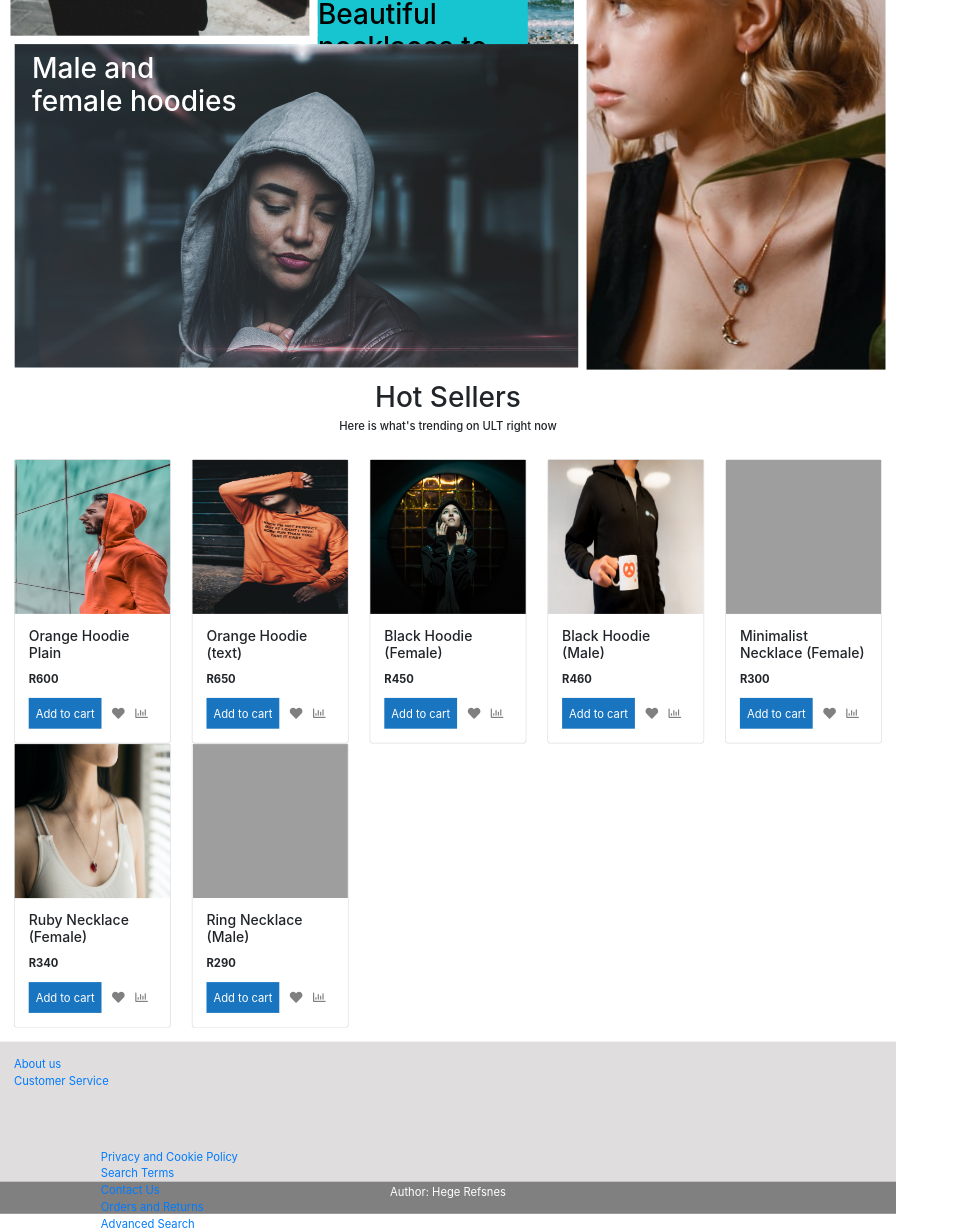
Repository: Ajtheult/Luma-Challenge-Site
Page: /
The author's editor kept a copy of each file at every save. The page is drawn from the files as they stood at one save, then again after a run of saves.
The browser window is 1280 px wide. The page is 1384 px wide, so the pictures cover 1384 px, including what lies to the right of the window. The pictures show the part of the page from y = 1420 to 3180 px (the page is 3180 px tall before and 3154 px after), at 70% of full size.
Pictures or frames that could not be fetched are drawn as grey boxes. The project was rebuilt for these pictures with package versions that can differ from the ones it lists, and the page was loaded fresh each time.

Above is the page before, as saved 2020-09-01 10:53:08.

### public/index.html
<!DOCTYPE html>
<html lang="en">
  <head>
    <meta charset="utf-8" />
    <link rel="icon" href="%PUBLIC_URL%/favicon.ico" />
    <meta name="viewport" content="width=device-width, initial-scale=1" />
    <meta name="theme-color" content="#000000" />
    <meta
      name="description"
      content="Web site created using create-react-app"
    />

    <link rel="manifest" href="%PUBLIC_URL%/manifest.json" />
    <!-- Font Awesome -->
    <link
      rel="stylesheet"
      href="https://use.fontawesome.com/releases/v5.7.2/css/all.css"
      integrity="sha384-fnmOCqbTlWIlj8LyTjo7mOUStjsKC4pOpQbqyi7RrhN7udi9RwhKkMHpvLbHG9Sr"
      crossorigin="anonymous"
    />
    <!-- Font Awesome -->
    <title>E-complete</title>
  </head>
  <body>
    <noscript>You need to enable JavaScript to run this app.</noscript>
    <div id="root"></div>
  </body>
</html>

### src/App.js
import React from "react";

// Imported modules
import { BrowserRouter as Router, Switch, Route } from "react-router-dom";
// Imported modules

// Imported pages
import Home from "./components/layout/pages/home/Home";
// Imported pages

// Global css
import "./App.css";
// Global css

function App() {
  return (
    <Router>
      <div className="App">
        <Switch>
          <Route exact path="/" component={Home} />
        </Switch>
      </div>
    </Router>
  );
}

export default App;

### src/components/layout/pages/home/Home.js
import React from "react";
import Navbar from "../../nav/Navbar";
import Container from "react-bootstrap/Container";
import Row from "react-bootstrap/Row";
import Col from "react-bootstrap/Col";
import Carousel from "react-bootstrap/Carousel";
// Images
import yoga from "../../resources/yoga.jpg";
import yogatwo from "../../resources/yoga-two.jpg";
import yogathree from "../../resources/yoga-three.jpg";

import SecondHome from "./SecondHome";
import HomeFooter from "./HomeFooter";

import "./Home.css";

const Home = () => {
  return (
    <div>
      <Navbar />
      <Container fluid>
        <Row>
          <Col>
            {/* Carousel */}
            <Carousel>
              <Carousel.Item>
                <img
                  className="d-block w-100 top_size"
                  src={yoga}
                  alt="First slide"
                />
                <Carousel.Caption>
                  <h3>New ULT yoga collection</h3>
                  <p>Clothing that is perfect for zen sessions</p>
                </Carousel.Caption>
              </Carousel.Item>
              <Carousel.Item>
                <img
                  className="d-block w-100 top_size"
                  src={yogatwo}
                  alt="Third slide"
                />

                <Carousel.Caption>
                  <h3>New ULT yoga collection</h3>
                  <p>Beautiful bracelets to fit the look</p>
                </Carousel.Caption>
              </Carousel.Item>
              <Carousel.Item>
                <img
                  className="d-block w-100 top_size"
                  src={yogathree}
                  alt="Third slide"
                />

                <Carousel.Caption>
                  <h3>New ULT yoga collection</h3>
                  <p>Be happy...like her...don't you wanna be happy?</p>
                </Carousel.Caption>
              </Carousel.Item>
            </Carousel>
          </Col>
        </Row>
        {/* Block frame */}
        <Row>
          <Col>
            <div class="container bg-no-overlay">
              <div class="row left">
                <h1>
                  20% OFF <br /> ULT hoodies when you shop today*
                </h1>
              </div>
            </div>
          </Col>
          <Col>
            <div class="container bg-no-overlay-two">
              <div class="row top">
                <h1>
                  30% OFF <br />
                  Get them fresh kicks
                </h1>
              </div>
            </div>
          </Col>
        </Row>
        <Row>
          <Col>
            <div class="container bg-no-overlay-three">
              <div class="row middle">
                <h1>
                  10% OFF <br /> Beautiful necklaces to flex
                </h1>
              </div>
            </div>
          </Col>
          <Col>
            <div class="container bg-no-overlay-four">
              <div class="row right">
                <h1>Many different styles of necklaces</h1>
              </div>
            </div>

            <div class="container bg-no-overlay-five">
              <div class="row bottom">
                <h1>Male and female hoodies</h1>
              </div>
            </div>
          </Col>
        </Row>
      </Container>
      <SecondHome />
      <HomeFooter />
    </div>
  );
};

export default Home;

### src/components/layout/nav/Navbar.js
import React from "react";
import Nav from "react-bootstrap/Nav";

import Form from "react-bootstrap/Form";

import "./Navbar.css";

const Navbar = () => {
  return (
    <div>
      <Nav className="justify-content-left" activeKey="/home">
        <Nav.Link href="/home">
          <img
            src="https://images.unsplash.com/photo-1462899006636-339e08d1844e?ixlib=rb-1.2.1&ixid=eyJhcHBfaWQiOjEyMDd9&auto=format&fit=crop&w=1050&q=80"
            alt="logo"
            className="logo"
          />
        </Nav.Link>
        <h6 className="logo-text">ULT</h6>
        <Nav.Link className="search_bar">
          {" "}
          <Form>
            <Form.Row>
              <Form.Group>
                <Form.Control
                  className="search_bar"
                  type="search"
                  placeholder="Search engine store here... "
                />
              </Form.Group>
            </Form.Row>
          </Form>
        </Nav.Link>
        <Nav.Link></Nav.Link>
        <i class="fas fa-shopping-cart icon"></i>
      </Nav>
      <Nav className="justify-content-left bottom_nav" activeKey="/home">
        <Nav.Item>
          <Nav.Link href="#" className="colour_of_nav_text">
            What's New
          </Nav.Link>
        </Nav.Item>
        <Nav.Item>
          <Nav.Link href="#" className="colour_of_nav_text">
            Women
          </Nav.Link>
        </Nav.Item>
        <Nav.Item>
          <Nav.Link href="#" className="colour_of_nav_text">
            Men
          </Nav.Link>
        </Nav.Item>
        <Nav.Item>
          <Nav.Link href="#" className="colour_of_nav_text">
            Gear
          </Nav.Link>
        </Nav.Item>
        <Nav.Item>
          <Nav.Link href="#" className="colour_of_nav_text">
            Training
          </Nav.Link>
        </Nav.Item>
        <Nav.Item>
          <Nav.Link href="#" className="colour_of_nav_text">
            Sale
          </Nav.Link>
        </Nav.Item>
      </Nav>
    </div>
  );
};

export default Navbar;

### src/components/layout/pages/home/SecondHome.js
import React from "react";
import "./SecondHome.css";

import Row from "react-bootstrap/Row";
import Col from "react-bootstrap/Col";
import Card from "react-bootstrap/Card";
// images
import one from "../../resources/SecondHome/one.jpg";
import two from "../../resources/SecondHome/two.jpg";
import three from "../../resources/SecondHome/three.jpg";
import four from "../../resources/SecondHome/four.jpg";
import five from "../../resources/SecondHome/five.jpg";
import six from "../../resources/SecondHome/six.jpg";
import seven from "../../resources/SecondHome/seven.jpg";

const SecondHome = () => {
  return (
    <div>
      <div>
        <h1 className="heading">Hot Sellers</h1>
        <h6>Here is what's trending on ULT right now</h6>
      </div>
      <div className="cards">
        <Row>
          {/* 1 */}
          <Col>
            <Card style={{ width: "14rem" }}>
              <img
                variant="top"
                src={one}
                className="image-heights"
                alt="one"
              />

              <Card.Body>
                <Card.Title>Orange Hoodie Plain</Card.Title>
                <Card.Text>R600</Card.Text>
                <button className="buttons">Add to cart</button>
                <i class="fas fa-heart heart-icon-card"></i>
                <i class="far fa-chart-bar heart-icon-card"></i>
              </Card.Body>
            </Card>
          </Col>
          {/* 2 */}
          <Col>
            <Card style={{ width: "14rem" }}>
              <img
                variant="top"
                src={two}
                className="image-heights"
                alt="two"
              />
              <Card.Body>
                <Card.Title>Orange Hoodie (text)</Card.Title>
                <Card.Text>R650</Card.Text>
                <button className="buttons">Add to cart</button>
                <i class="fas fa-heart heart-icon-card"></i>
                <i class="far fa-chart-bar heart-icon-card"></i>
              </Card.Body>
            </Card>
          </Col>
          {/* 3 */}
          <Col>
            <Card style={{ width: "14rem" }}>
              <img
                variant="top"
                src={three}
                className="image-heights"
                alt="three"
              />
              <Card.Body>
                <Card.Title>Black Hoodie (Female)</Card.Title>
                <Card.Text>R450</Card.Text>
                <button className="buttons">Add to cart</button>
                <i class="fas fa-heart heart-icon-card"></i>
                <i class="far fa-chart-bar heart-icon-card"></i>
              </Card.Body>
            </Card>
          </Col>
          {/* 4 */}
          <Col>
            <Card style={{ width: "14rem" }}>
              <img
                variant="top"
                src={four}
                className="image-heights"
                alt="four"
              />
              <Card.Body>
                <Card.Title>Black Hoodie (Male)</Card.Title>
                <Card.Text>R460</Card.Text>
                <button className="buttons">Add to cart</button>
                <i class="fas fa-heart heart-icon-card"></i>
                <i class="far fa-chart-bar heart-icon-card"></i>
              </Card.Body>
            </Card>
          </Col>
          {/* 5 */}
          <Col>
            <Card style={{ width: "14rem" }}>
              <img
                variant="top"
                src={five}
                className="image-heights"
                alt="five"
              />
              <Card.Body>
                <Card.Title>Minimalist Necklace (Female)</Card.Title>
                <Card.Text>R300</Card.Text>
                <button className="buttons">Add to cart</button>
                <i class="fas fa-heart heart-icon-card"></i>
                <i class="far fa-chart-bar heart-icon-card"></i>
              </Card.Body>
            </Card>
          </Col>
          {/* 6 */}
          <Col>
            <Card style={{ width: "14rem" }}>
              <img
                variant="top"
                src={six}
                className="image-heights"
                alt="six"
              />
              <Card.Body>
                <Card.Title>Ruby Necklace (Female)</Card.Title>
                <Card.Text>R340</Card.Text>
                <button className="buttons">Add to cart</button>
                <i class="fas fa-heart heart-icon-card"></i>
                <i class="far fa-chart-bar heart-icon-card"></i>
              </Card.Body>
            </Card>
          </Col>
          {/* 7 */}
          <Col>
            <Card style={{ width: "14rem" }}>
              <img
                variant="top"
                src={seven}
                className="image-heights"
                alt="seven"
              />
              <Card.Body>
                <Card.Title>Ring Necklace (Male)</Card.Title>
                <Card.Text>R290</Card.Text>
                <button className="buttons">Add to cart</button>
                <i class="fas fa-heart heart-icon-card"></i>
                <i class="far fa-chart-bar heart-icon-card"></i>
              </Card.Body>
            </Card>
          </Col>
          <Col></Col>
          <Col></Col>
          <Col></Col>
        </Row>
      </div>
    </div>
  );
};

export default SecondHome;

### src/components/layout/pages/home/HomeFooter.js
import React from "react";
import "./HomeFooter.css";

const HomeFooter = () => {
  return (
    <div>
      <div className="footer">
        <div className="div-one">
          <a href="#home">About us</a> <br />
          <a href="#home">Customer Service</a>
        </div>
        <br />
        <div className="div-two">
          <a href="#home">Privacy and Cookie Policy</a> <br />
          <a href="#home">Search Terms</a> <br />
          <a href="#home">Contact Us</a> <br />
          <a href="#home">Orders and Returns</a> <br />
          <a href="#home">Advanced Search</a>
        </div>
      </div>
      <div className="footer-two">
        <p>
          Author: Hege Refsnes
          <br />
        </p>
      </div>
    </div>
  );
};

export default HomeFooter;

### src/components/layout/pages/home/Home.css
.top_size {
  width: 100%;
  height: 500px;
  margin-top: 1%;
}

.bg-no-overlay {
  /* Left */
  background: url("../../resources/hoodie.jpg");
  background-repeat: no-repeat;
  background-size: cover;
  background-position: center center;
  color: #fff;
  float: left;
  width: 70%;
  height: 850px;
  margin-top: 2%;
}

.bg-no-overlay-two {
  /* top */
  background: url("../../resources/shoe.jpg");
  background-repeat: no-repeat;
  background-size: cover;
  background-position: center center;
  color: #fff;
  width: 132%;
  height: 450px;
  margin-top: 2%;
  float: right;
}

.bg-no-overlay-three {
  /* middle */
  background: url("../../resources/beach.jpg");
  background-repeat: no-repeat;
  background-size: cover;
  background-position: center center;
  color: #fff;
  width: 60%;
  height: 388px;
  margin-top: -53%;
  margin-right: -32%;
  float: right;
}

.bg-no-overlay-four {
  /* right */
  background: url("../../resources/garden.jpg");
  background-repeat: no-repeat;
  background-size: cover;
  background-position: center center;
  color: #fff;
  width: 70%;
  height: 800px;
  margin-top: -53%;
  margin-left: 20%;
  float: right;
}

.bg-no-overlay-five {
  /* bottom */
  background: url("../../resources/forest.jpg");
  background-repeat: no-repeat;
  background-size: cover;
  background-position: center center;
  color: #fff;
  width: 132%;
  height: 97%;
  margin-top: 2%;
  margin-left: -104%;
}

.left {
  text-align: left;
  margin-top: 590px;
  width: 410px;
  color: black;
  background-color: grey;
}

.top {
  float: right;
  text-align: right;
  color: black;
  margin-top: 70px;
}

.middle {
  text-align: left;
  float: left;
  background-color: rgb(23, 197, 209);
  color: black;
  width: 300px;
  margin-top: 220px;
}

.right {
  text-align: left;
  float: right;
  color: black;
  width: 335px;
  margin-top: 10px;
}

.bottom {
  text-align: left;
  float: left;
  color: white;
  width: 303px;
  margin-left: 10px;
  margin-top: 10px;
}

.carousel-caption {
  background-color: rgba(129, 41, 41, 0.493);
  width: 70%;
}

### src/components/layout/nav/Navbar.css
.bottom_nav {
  background-color: rgb(233, 224, 224);
  margin-top: -10px;
}

.colour_of_nav_text {
  color: black;
  font-size: 80%;
}

.logo {
  width: 50px;
  height: 50px;
  border-radius: 50%;
}

.logo-text {
  margin-top: 13px;
  font-size: 30px;
}

.search_bar {
  margin-left: auto;
  margin-top: 5px;
  font-size: 10px;
}

.icon {
  margin-top: 25px;
  margin-right: 20px;
  color: grey;
}

### src/components/layout/pages/home/SecondHome.css
.heading {
  margin-top: 15px;
}

.cards {
  width: 100%;
  padding: 20px;
  padding-top: 30px;
}

.second-row {
  margin-top: 10px;
  margin: 10px;
  padding-left: 50px;
}

.image-heights {
  height: 220px;
}

.card-body {
  text-align: left;
}

.card-text {
  font-weight: bold;
}

.buttons {
  padding: 10px;
  background-color: rgb(26, 117, 192);
  border: none;
  color: white;
}

.heart-icon-card {
  margin-left: 15px;
  font-size: 18px;
  color: grey;
}

### src/components/layout/pages/home/HomeFooter.css
.footer {
  text-align: left;
  padding: 20px;
  background-color: rgb(223, 221, 221);
  color: grey;
  height: 200px;
}

.footer-two {
  text-align: center;
  padding: 3px;
  background-color: grey;
  color: white;
}

.footer .div-two {
  transform: translate(10%, 50%);
}

Loaded but not shown: src/index.js (common file); src/App.css (common file)

After the next 2 saves:
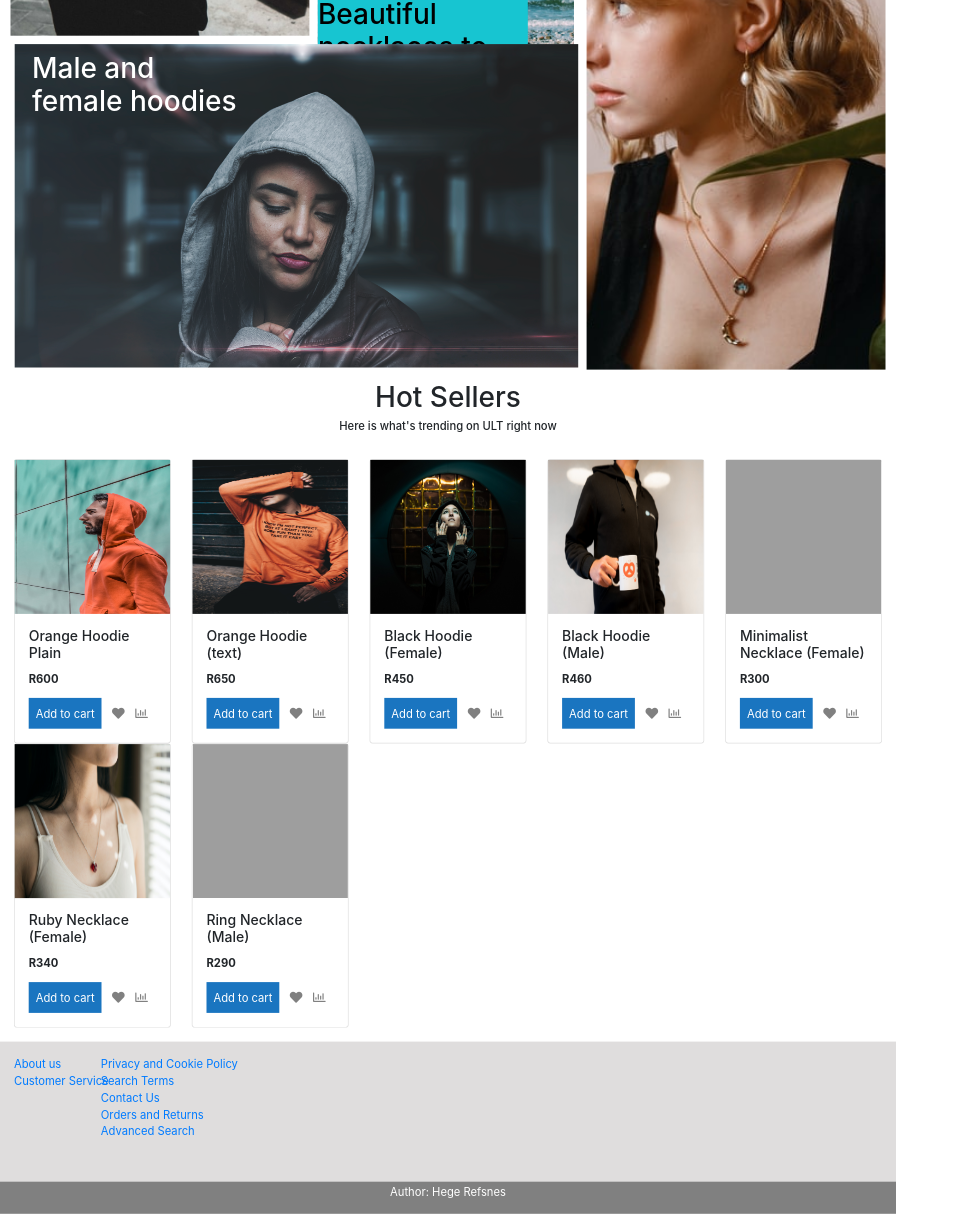
The 2 saves are shown as one change because they came seconds apart.
The last was saved 7 s later.
--- a/src/components/layout/pages/home/HomeFooter.css
+++ b/src/components/layout/pages/home/HomeFooter.css
@@ -14,5 +14,5 @@
 }
 
 .footer .div-two {
-  transform: translate(10%, 50%);
+  transform: translate(10%, -60%);
 }
